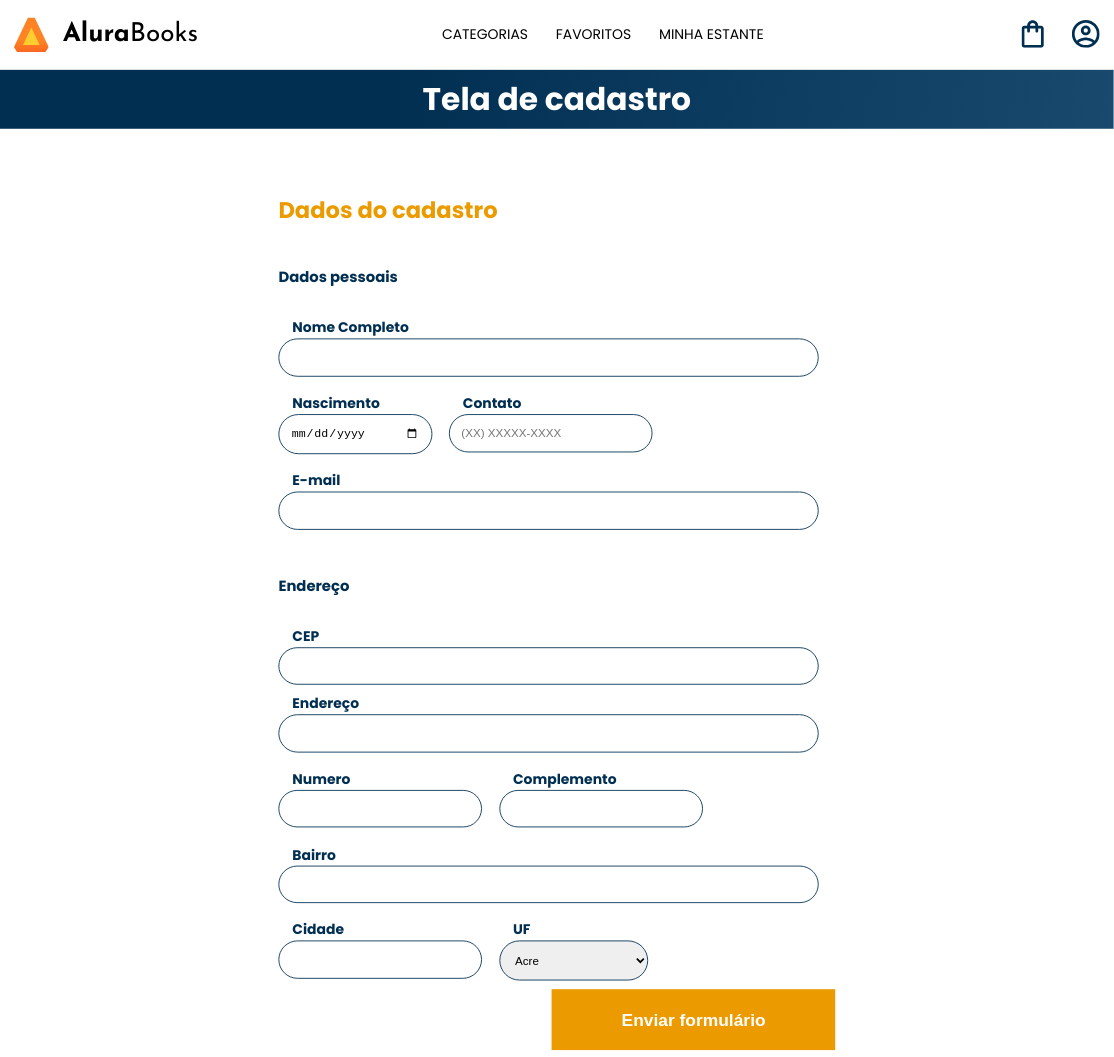
Repository: joaoPraiaJunior/viacep
Page: index.html
An editor plug-in stored every save of this project. The page is shown before and after the next save, followed by the edit.
The browser window is 1280 px wide. The pictures show the part of the page from y = 0 to 1215 px (the page is 1867 px tall before and 1875 px after), at 87% of full size.
A picture or video elsewhere on the page could not be fetched, so the positions and the page height are approximate.

Above is the page before, as saved 2024-07-25 21:26:29.

After the next save:
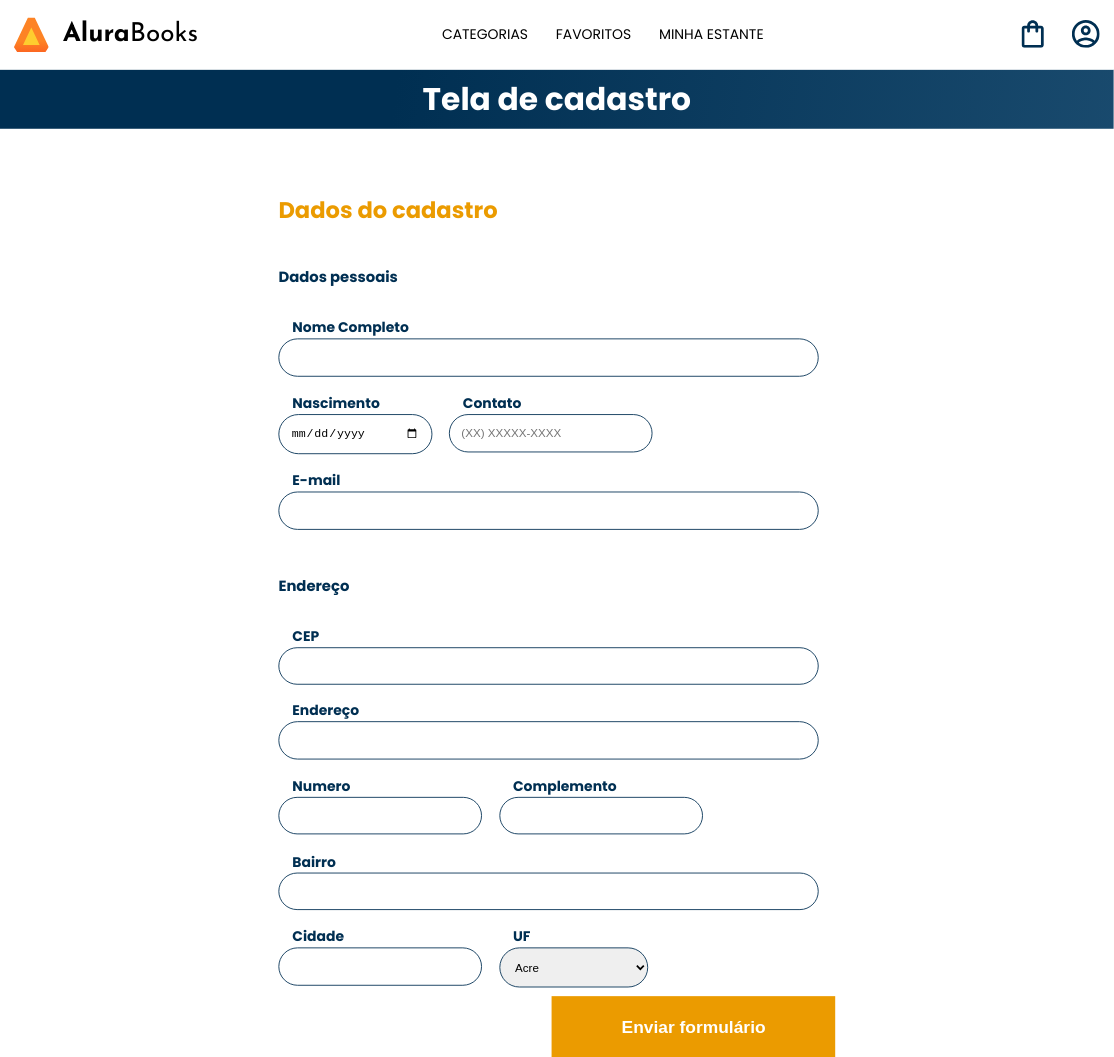
Saved 2 min 1 s later.
--- a/index.html
+++ b/index.html
@@ -101,7 +101,7 @@
             <div class="formulario__campo">
                 <label class="campo__etiqueta" for="cep">CEP</label>
                 <input name="cep" id="cep" class="campo__escrita" required />
-                <div id="erro" data-js="mensagem-de-erro"></div>
+                <div id="erro" class="formulario__erro" data-js="mensagem-de-erro"></div>
             </div>
 
             <div class="formulario__campo">
